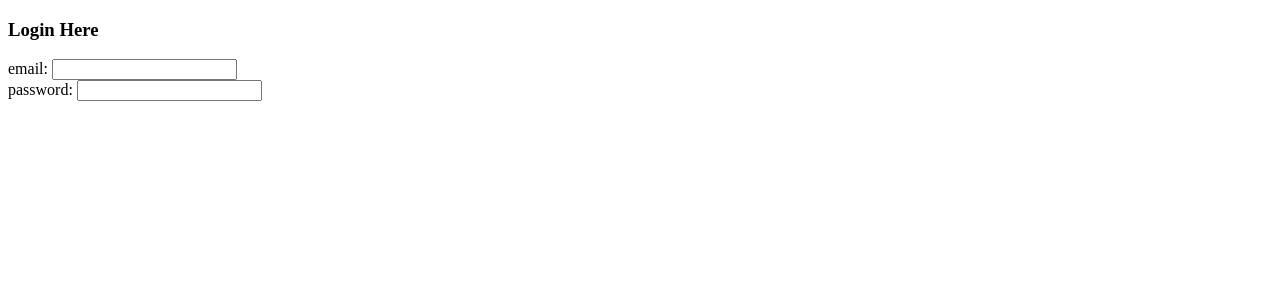
Repository: deepak-bisen/Spring
Page: MVCDesign/src/main/webapp/login.html
An editor plug-in stored every save of this project. The page is shown before and after the next save, followed by the edit.
The browser window is 1280 px wide. The pictures show the whole page.

Above is the page before, as saved 2025-06-30 19:18:51.

After the next save:
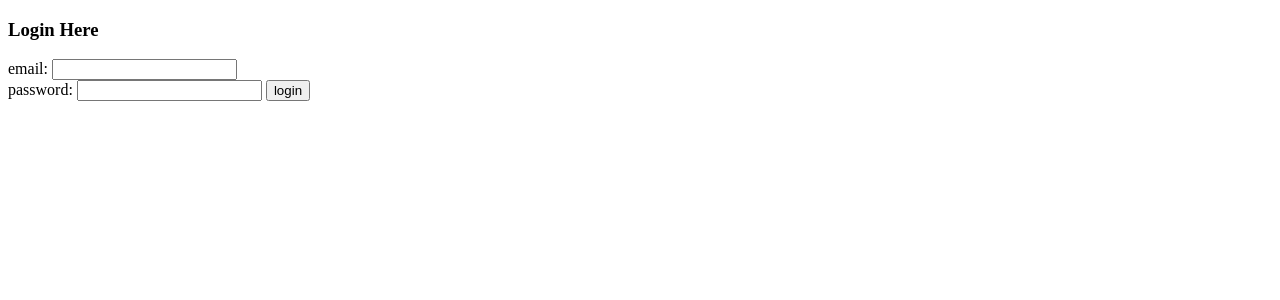
Saved 31 s later.
--- a/MVCDesign/src/main/webapp/login.html
+++ b/MVCDesign/src/main/webapp/login.html
@@ -9,6 +9,7 @@
 	<form action="login" method="post">
 		email: <input type="text" name="email1" /><br>
 		 password: <input type="text" name="password1" />
+		 <input type="submit" value="login">
 	</form>
 
 </body>
